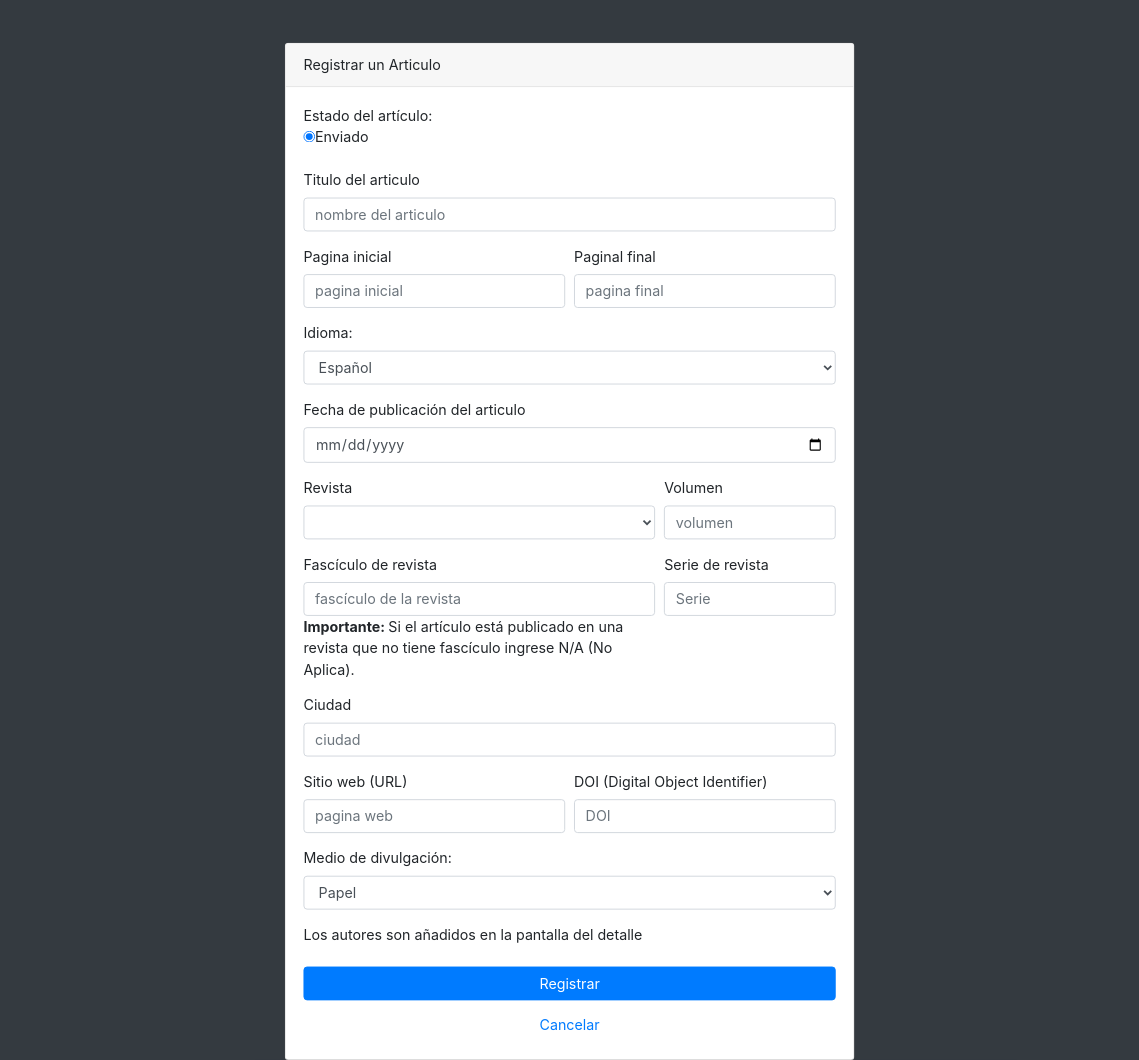
Repository: arnaldosanmartin/RepositorioWeb
Page: http://localhost/startbootstrap-sb-admin-gh-pages/registerArticulo.php
The author's editor kept a record of every edit. The page is drawn from the files as they stood at one moment, then again after the next edit.
The browser window is 1280 px wide. The pictures show the whole page, at 89% of full size.
The page is run by PHP 8.4 with error messages shown; the project is at /var/www/html/. The session is filled in as if someone had signed in: {"user_id": 1, "user_name": "Test User", "user_rol": "admin"}. Queries for data that is not in the repository find no rows.

Above is the page before.

After the next edit:
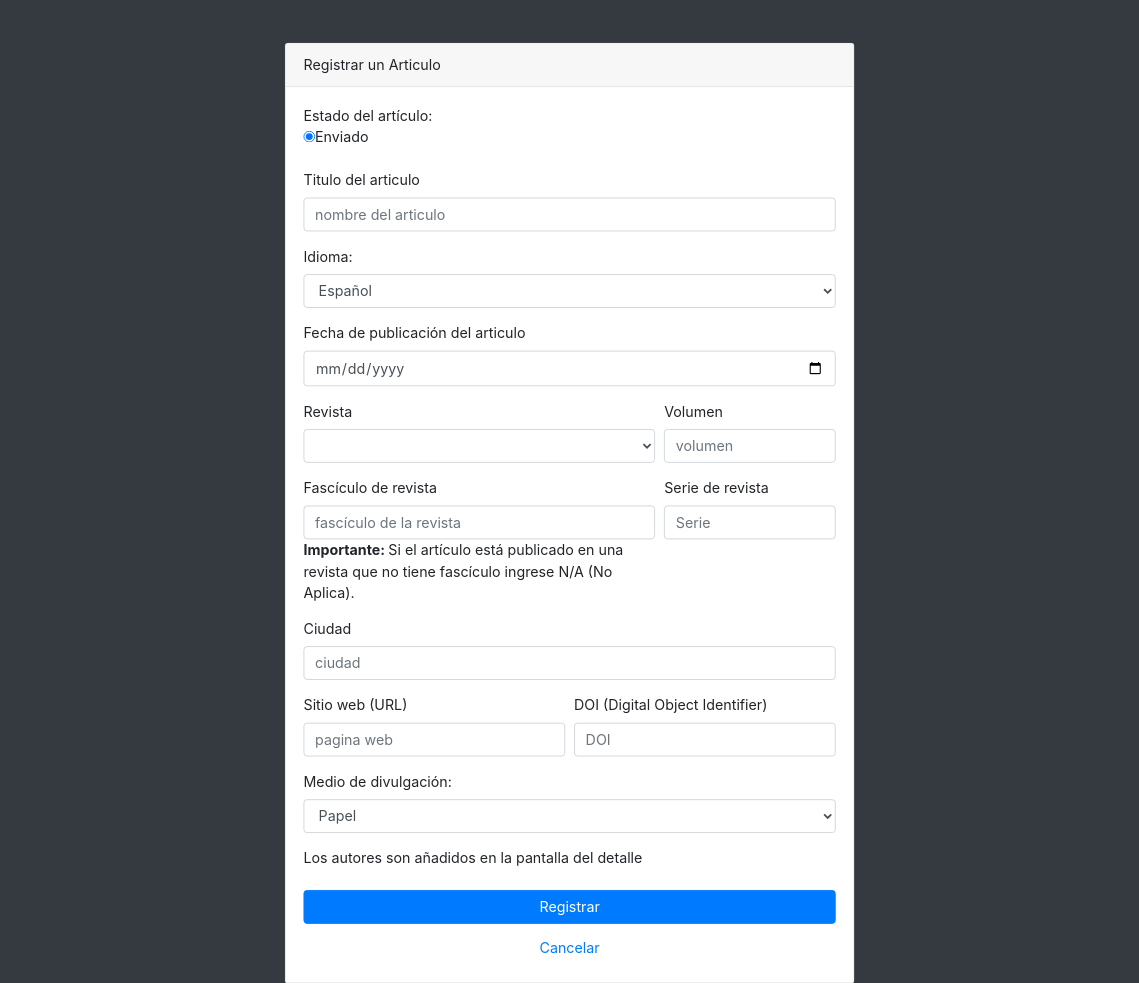
The edit:
--- a/startbootstrap-sb-admin-gh-pages/registerArticulo.php
+++ b/startbootstrap-sb-admin-gh-pages/registerArticulo.php
@@ -107,18 +107,6 @@
             <input class="form-control" id="nameInputArt" name="nameInputArt" placeholder="nombre del articulo" required>
           </div>
           <div class="form-group">
-            <div class="form-row">
-              <div class="col-md-6 cls-completo">
-                <label for="PIInput">Pagina inicial</label>
-                <input required class="form-control cls-completo-input" id="PIInput" name="PIInput" type="number" aria-describedby="nameHelp" placeholder="pagina inicial">
-              </div>
-              <div class="col-md-6 cls-completo">
-                <label for="PFInput">Paginal final</label>
-                <input  required class="form-control cls-completo-input" id="PFInput" name="PFInput" type="number" aria-describedby="nameHelp" placeholder="pagina final">
-              </div>
-            </div>
-          </div>
-          <div class="form-group">
             <label for="idiomaInput">Idioma:</label>
             <select class="form-control" id="idiomaInput" name="sgl_idioma" required>
             <option value="ES">Espa&ntilde;ol</option>
